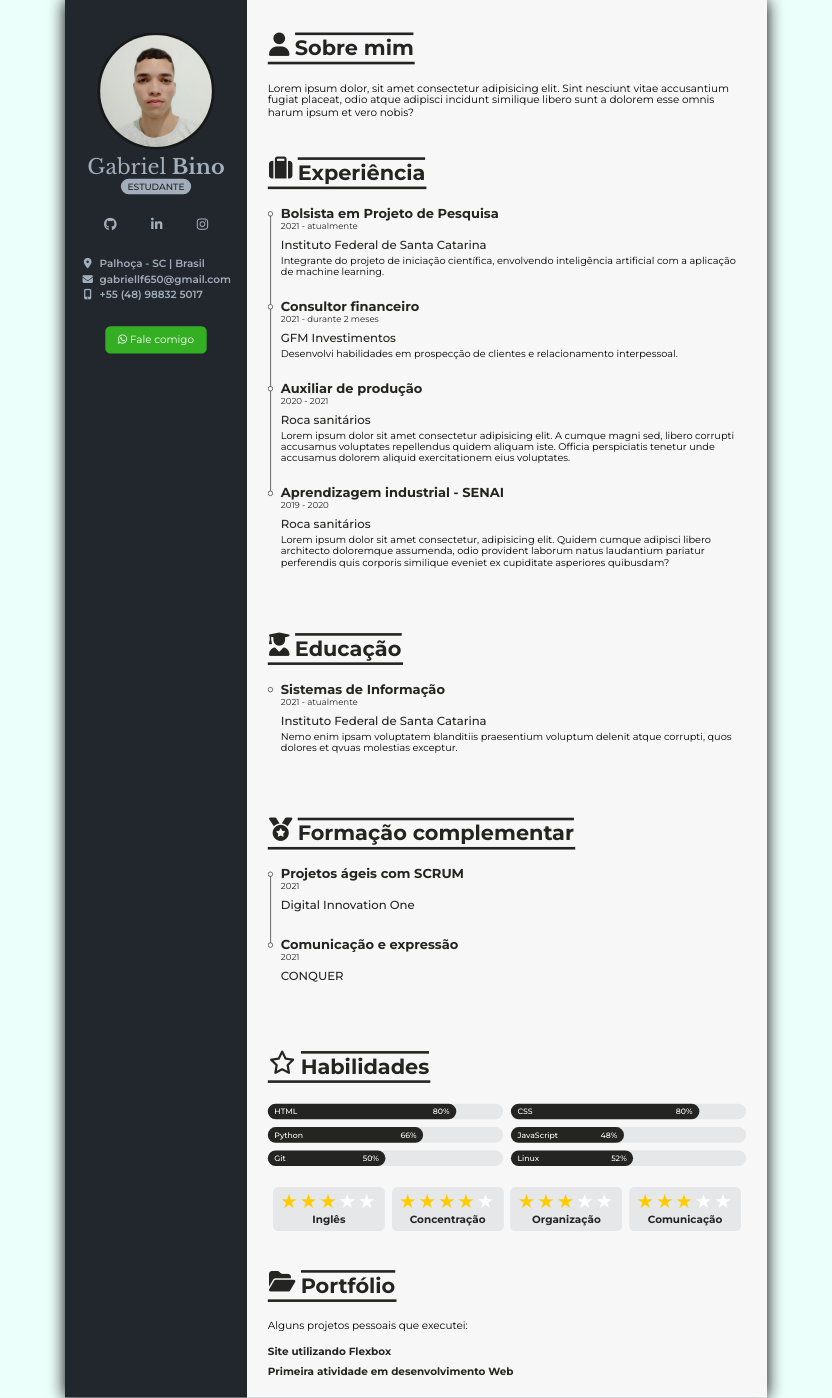
Repository: gabrielbino/curriculoResponsivo
Page: index.html
An editor plug-in stored every save of this project. The page is shown before and after the next save, followed by the edit.
The browser window is 1280 px wide. The pictures show the whole page, at 65% of full size.
Some web libraries are served in a nearby version.

Above is the page before, as saved 2021-10-20 23:26:17.

After the next save:
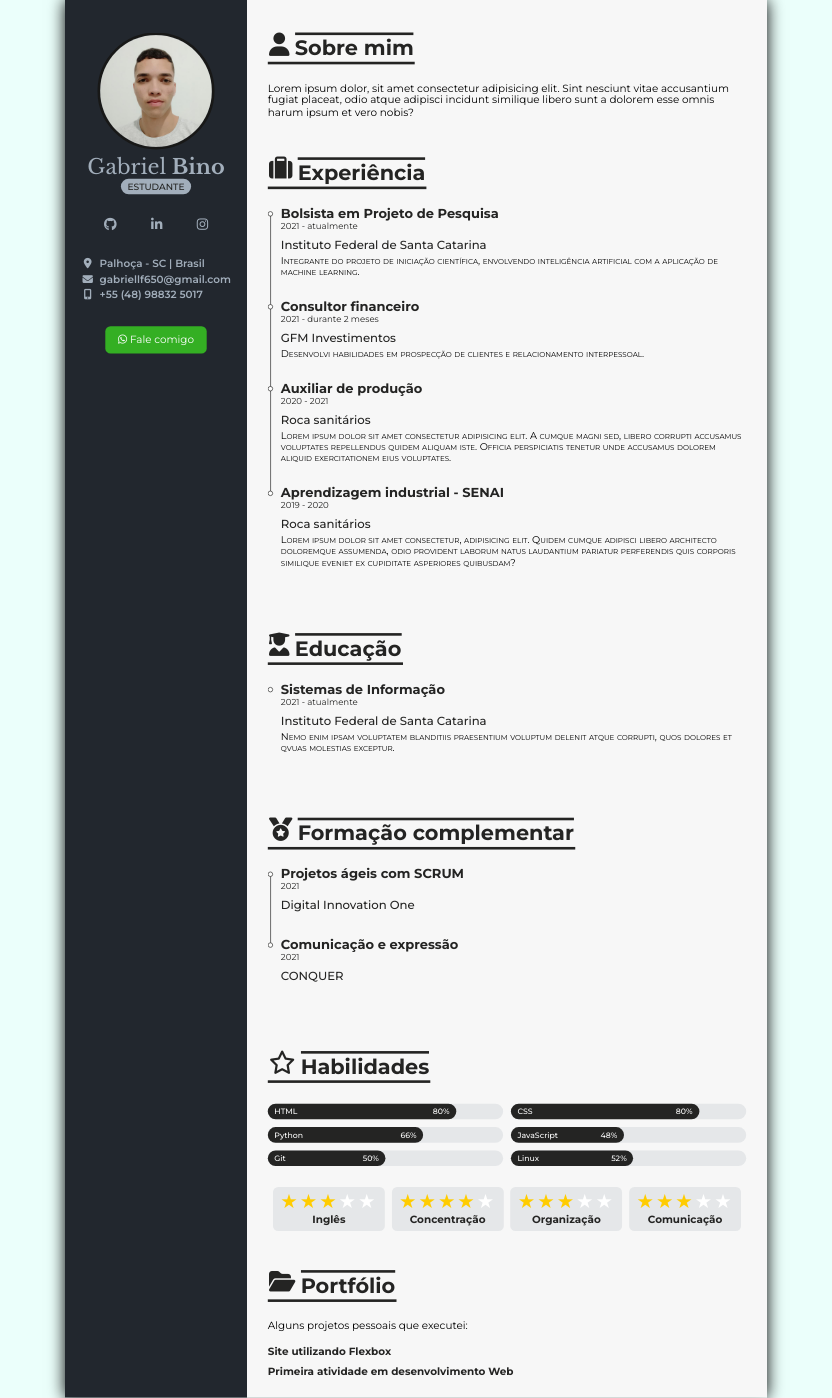
Saved 81 s later.
--- a/css/style.css
+++ b/css/style.css
@@ -205,6 +205,7 @@ article:not(:last-of-type) {
 
 .timeline-text {
   font-size: 15px;
+  font-variant: small-caps;
   margin: 0;
 }
 
